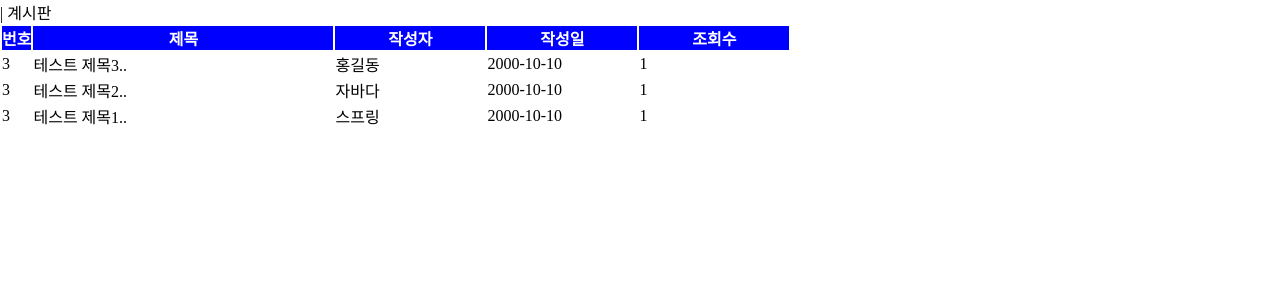
Repository: marudaga/html-css-lecture
Page: work/study/src/main/webapp/htmlEx/ch04/myQuiz.html
The author's editor kept a copy of each file at every save. The page is drawn from the files as they stood at one save, then again after the next save.
The browser window is 1280 px wide. The pictures show the whole page.

Above is the page before, as saved 2022-09-07 07:26:50.

After the next save:
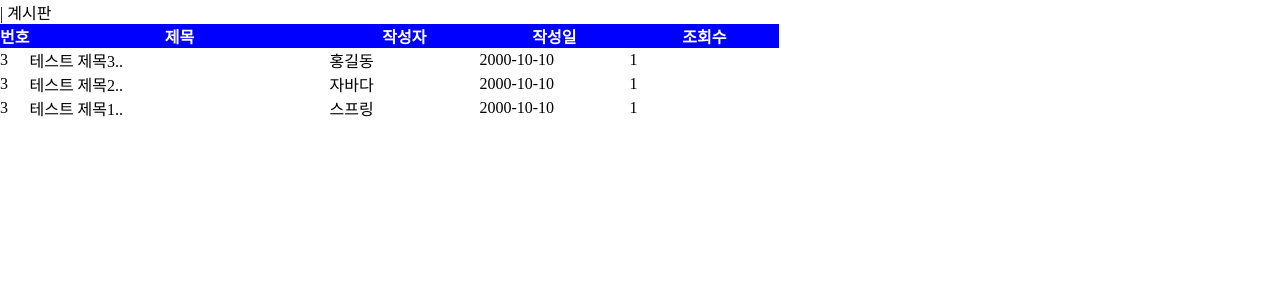
Saved 27 s later.
--- a/work/study/src/main/webapp/htmlEx/ch04/myQuiz.html
+++ b/work/study/src/main/webapp/htmlEx/ch04/myQuiz.html
@@ -4,7 +4,7 @@
 <meta charset="UTF-8">
 <title >Insert title here</title>
 <style>
-*{ margin: 0; padding: 0;}
+*{ margin: 0; padding: 0;border-spacing: 0;}
 </style>
 </head>
 <body>
